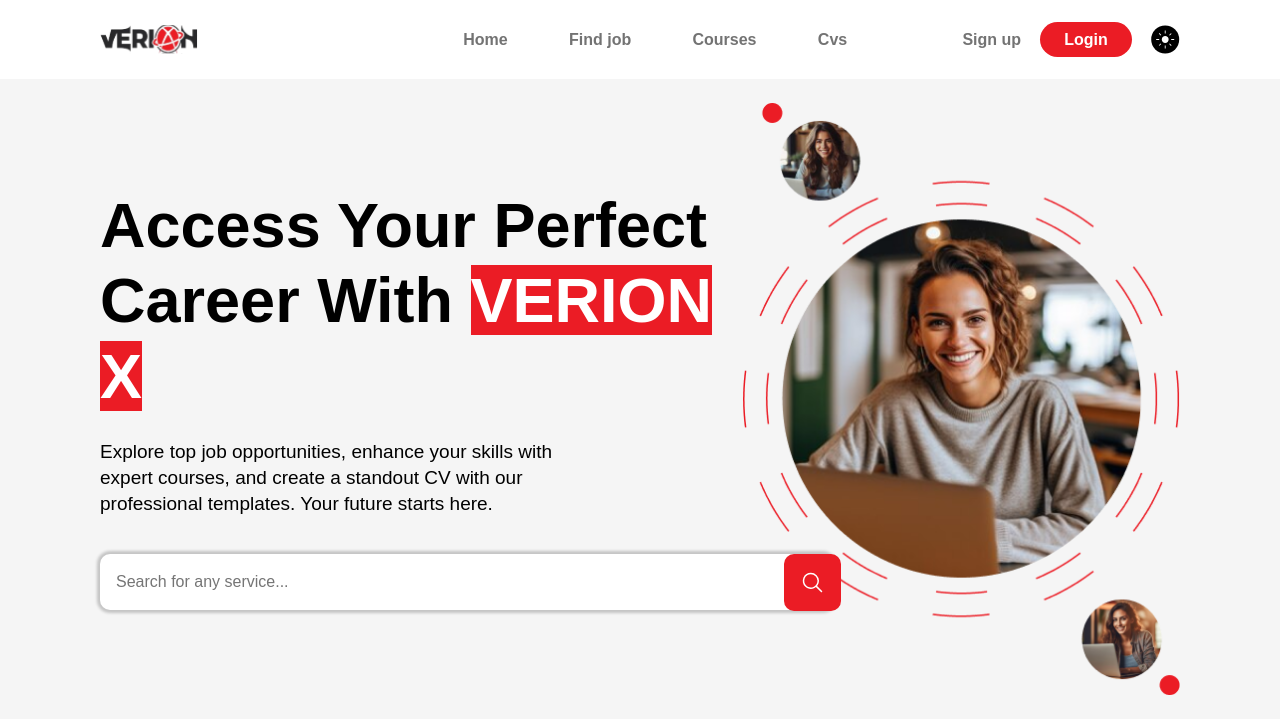
Repository: SahMenz/verionX
Page: /
The author's editor kept a copy of each file at every save. The page is drawn from the files as they stood at one save, then again after the next save.
The browser window is 1280 px wide. The pictures show the whole page.
The project was rebuilt for these pictures with package versions that can differ from the ones it lists, and the page was loaded fresh each time. Also part of the build but not shown: vite.config.js.

Above is the page before, as saved 2024-06-14 15:13:21.

### src/App.jsx
import './App.css'
import Home from './components/home/home'
import 'bootstrap/dist/css/bootstrap.min.css';

function App() {

  return (
    <>
      <div>
          <Home />
      </div>
    </>
  )
}

export default App

### src/index.css
button{
    outline: none;
    border: none;
  }

  input{
    border: none;
    outline: none;
}

### src/App.css
*, *::before, *::after{
  padding: 0px;
  margin: 0px;
  box-sizing: border-box;
  font-family: "Rubik", sans-serif;
}
/* #root {
  max-width: 1280px;
  margin: 0 auto;
  padding: 2rem;
  text-align: center;
} */


/* BACKGROUND COLORS */

.bg-f5{
  background-color: #F5F5F5;
}
.bg-eb{
  background-color: #EB1C25;
}
.bg-ff{
  background-color: #fff;
}
.bg-d9{
  background-color: #D9D9D9;
  opacity: 20%;
}
.bg-00{
  background-color: #000;
}


/* FONT SIZES */

.txt-11{
  font-size: 11px;
}
.txt-13{
  font-size: 13px;
}
.txt-16{
  font-size: 16px;
}
.txt-19{
  font-size: 19px;
}
.txt-23{
  font-size: 23px;
}
.txt-45{
  font-size: 45px;
}
.txt-63{
  font-size: 63px;
}


/* TEXT COLOR */

.txt-eb{
  color:#EB1C25
}
.txt-f3{
  color: #737373
}
.txt-ff{
  color:#fff
}
.txt-00{
  color: #000;
}


/* FONT WEIGHT */

.fw-400{
  font-weight: 400;
}
.fw-500{
  font-weight: 500;
}
.fw-600{
  font-weight: 600;
}


/* LINE HEIGHT */

.lh-19{
  line-height: 19.2px;
}
.lh-75{
  line-height: 75.6px;
}
.lh-26{
  line-height: 26.38px;
}
.lh-22{
  line-height: 22.8px;
}
.lh-27{
  line-height: 27.6px;
}
.lh-15{
  line-height: 15.89px;
}
.lh-13{
  line-height: 13.2px;
}
.lh-54{
  line-height: 54px;
}
.lh-34{
  line-height: 34.5px;
}
.lh-67{
  line-height: 67.5px;
}
.lh-32{
  line-height: 32.2px;
}
.lh-18{
  line-height: 18.96px;
}

### src/components/home/home.jsx
import Navigation from "../navigation/navigation"
import Hero from "./hero/hero"

function Home() {
  return (
    <div >
        <Navigation />
        <Hero />
    </div>
  )
}

export default Home

### src/components/navigation/navigation.jsx
import logo from '../../assets/images/logo.svg'
import CustomSvg from '../customSvg/customSvg'
import './navigation.css'


function Navigation() {

  return (
    <div className="d-flex justify-content-between navContainer">
        <img src={logo} alt="" />
        <div className='d-none d-lg-flex navigationLink justify-content-between align-items-center'>
          <div className='d-flex justify-content-between align-items-center links'>
            <a href="#" className='small-txt lh-19 fw-600 text-decoration-none txt-f3'>Home</a>
            <a href="#" className='small-txt lh-19 fw-600 text-decoration-none txt-f3'>Find job</a>
            <a href="#" className='small-txt lh-19 fw-600 text-decoration-none txt-f3'>Courses</a>
            <a href="#" className='small-txt lh-19 fw-600 text-decoration-none txt-f3'>Cvs</a>
          </div>
          <div className='d-flex justify-content-between align-items-center switchmode'>
            <a href="#" className='small-txt lh-19 fw-600 text-decoration-none txt-f3'>Sign up</a>
            <a href="#" className='small-txt lh-19 fw-600 text-decoration-none txt-ff bg-eb px-4 py-2 rounded-5'>Login</a>
            <CustomSvg name="switchModes" className="cursor-pointer"/>
          </div>
        </div>
        <div className=' d-lg-none cursor-pointer' style={{width: "40px", height: "40px", display: 'flex', flexDirection: 'column', alignItems: "center", justifyContent: "center", gap: "5px"}}>
          <div style={{width : "30px", height:"3px", backgroundColor : 'black' }}></div>
          <div style={{width : "30px", height:"3px", backgroundColor : 'black' }}></div>
          <div style={{width : "30px", height:"3px", backgroundColor : 'black' }}></div>
        </div>
    </div>
  )
}

export default Navigation

### src/components/home/hero/hero.jsx
import accesYourPerfectImage from '../../../assets/images/accesYourPerfectImage.png';
import CustomSvg from '../../customSvg/customSvg';

function Hero() {
  return (
    <div className='d-flex align-items-center justify-content-between py-4 bg-f5' style={{padding: "0px 100px",}}>
        <div style={{width: "50vw", maxWidth:"800px"}}>
            <div className='txt-63 lh-75 txt-ff fw-600 txt-00' style={{width: "50vw", maxWidth:"733px"}}>Access Your Perfect Career With <span className='bg-eb fw-600 txt-ff'>VERION X</span></div>
            <div className='txt-00 lh-26 txt-19' style={{width:"39vw", maxWidth:"630px", padding:" 24px 0px 36px 0px"}}>
                Explore top job opportunities, enhance your skills with expert courses, and create a standout CV with our professional templates. Your future starts here.
            </div>
            <div className="search-container">
                <input type="text" placeholder="Search for any service..."  style={{position: "absolute",width: "733px", borderRadius:"10px", boxShadow: "0px 0px 3px 3px rgba(0, 0, 0, 0.2)"}} className='p-3'/>
                <button className="bg-eb p-3" style={{borderRadius:"10px", border:"none", position: "relative", left: "0px", transform: "translateX(1200%)",}}><CustomSvg name="search" style={{borderRadius:"10px"}}/></button>
            </div>
            <div></div>
        </div>
        <img src={accesYourPerfectImage} style={{width: "35vw", maxWidth:"437px"}} alt="three images" />
    </div>
  )
}

export default Hero

### src/components/navigation/navigation.css
.navContainer{
    padding: 22px 100px;
    box-shadow: 0px 10px 10px 10px rgba(0, 0, 0, 0.2);
}

.navigationLink{
    width: 56vw;
    min-width: 600px;
    max-width: 888px;
}
.links{
    width: 30vw;
    min-width: 300px;
    max-width: 482px;
}
.switchmode{
    width: 17vw;
    min-width: 200px;
    max-width: 254px;
}
@media screen and (min-width:325px) and (max-width:988px) {
    .navContainer{
        padding: 18px 60px;
    }
}

Loaded but not shown: src/main.jsx (common file); src/components/customSvg/customSvg.jsx (186 lines, source omitted)

After the next save:
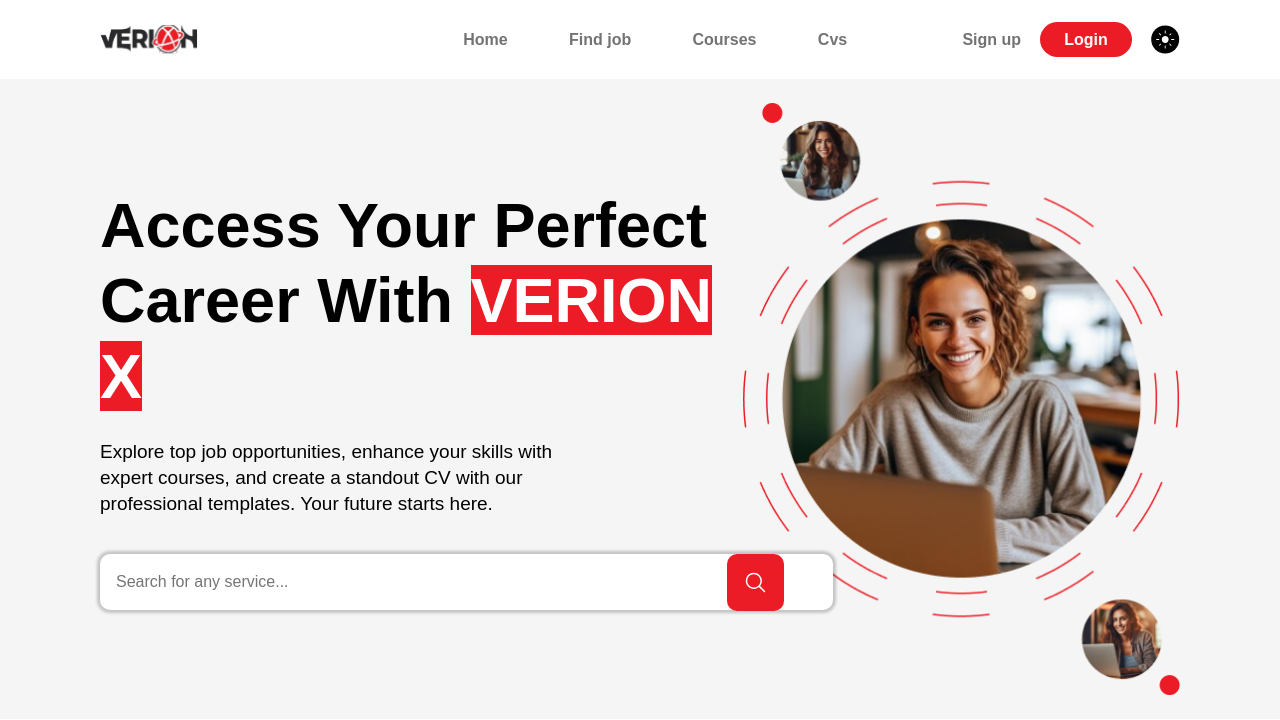
Saved 6 s later.
--- a/src/components/home/hero/hero.jsx
+++ b/src/components/home/hero/hero.jsx
@@ -11,7 +11,7 @@ function Hero() {
             </div>
             <div className="search-container">
                 <input type="text" placeholder="Search for any service..."  style={{position: "absolute",width: "733px", borderRadius:"10px", boxShadow: "0px 0px 3px 3px rgba(0, 0, 0, 0.2)"}} className='p-3'/>
-                <button className="bg-eb p-3" style={{borderRadius:"10px", border:"none", position: "relative", left: "0px", transform: "translateX(1200%)",}}><CustomSvg name="search" style={{borderRadius:"10px"}}/></button>
+                <button className="bg-eb p-3" style={{borderRadius:"10px", border:"none", position: "relative", left: "0px", transform: "translateX(1100%)",}}><CustomSvg name="search" style={{borderRadius:"10px"}}/></button>
             </div>
             <div></div>
         </div>
